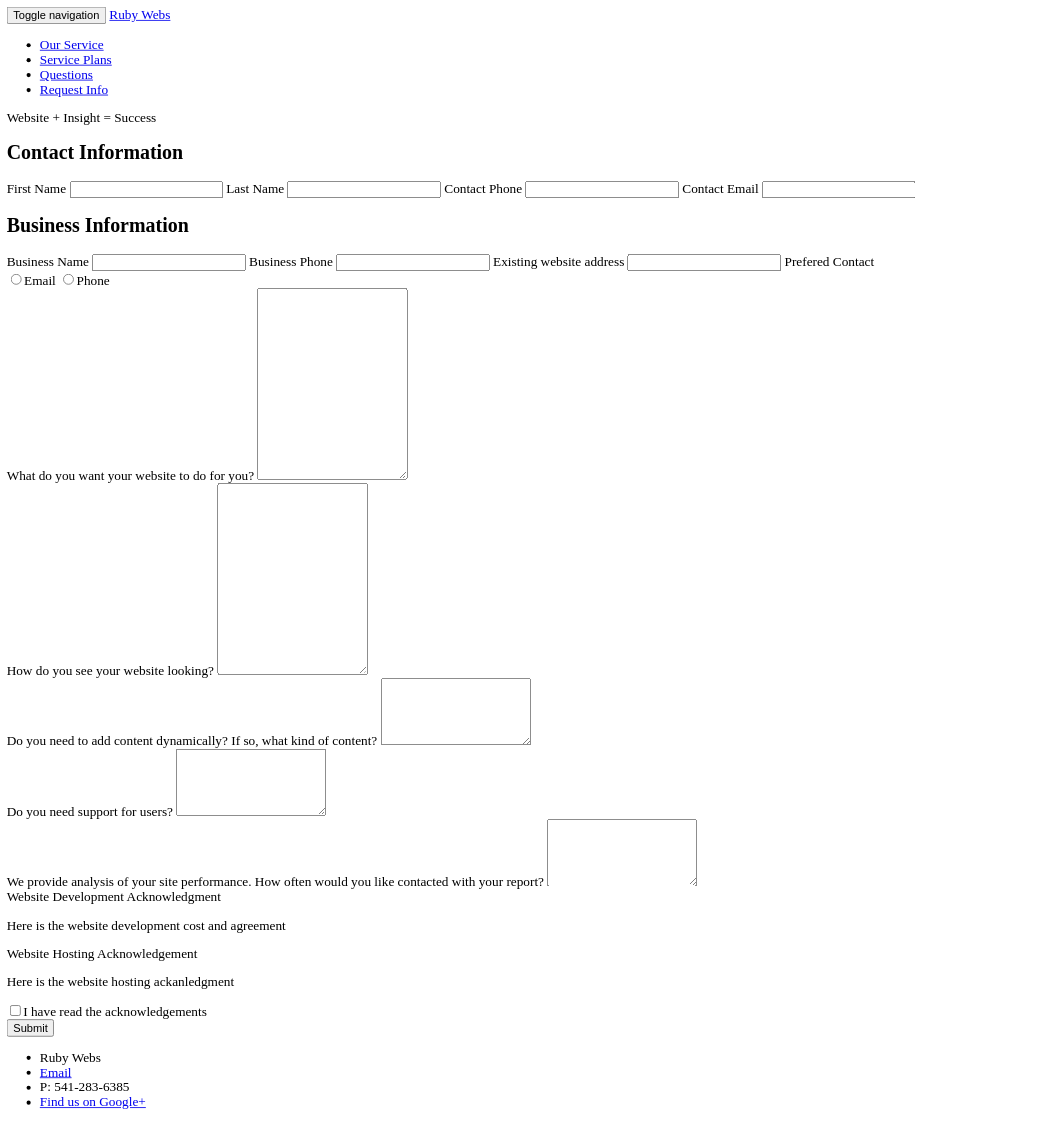
Repository: nlblunt/rubywebs
Page: app/assets/javascripts/html/request.html
The author's editor kept a record of every edit. The page is drawn from the files as they stood at one moment, then again after the next edit.
The browser window is 1280 px wide. The pictures show the whole page, at 83% of full size.

Above is the page before.

After the next edit:
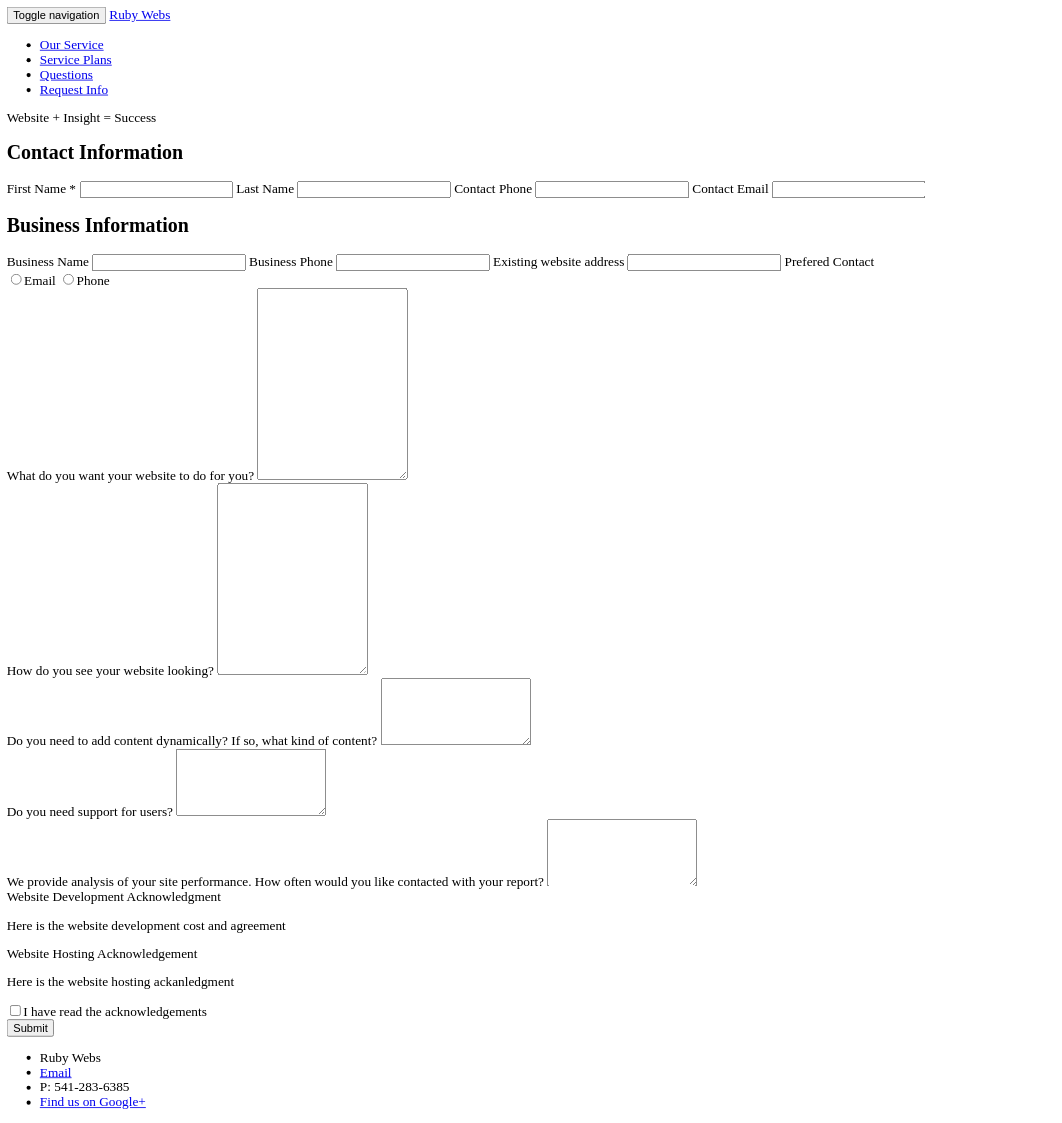
The edit:
--- a/app/assets/javascripts/html/request.html
+++ b/app/assets/javascripts/html/request.html
@@ -32,7 +32,7 @@
           <div class="col-sm-6">
             <div class="form-group">
                <h2>Contact Information</h2>
-               <label>First Name</label>
+               <label>First Name </label><span class="required">*</span>
                <input type="text" class="form-control" ng-model="contact.first_name" required>
                <label>Last Name</label>
                <input type="text" class="form-control" ng-model="contact.last_name" required>
